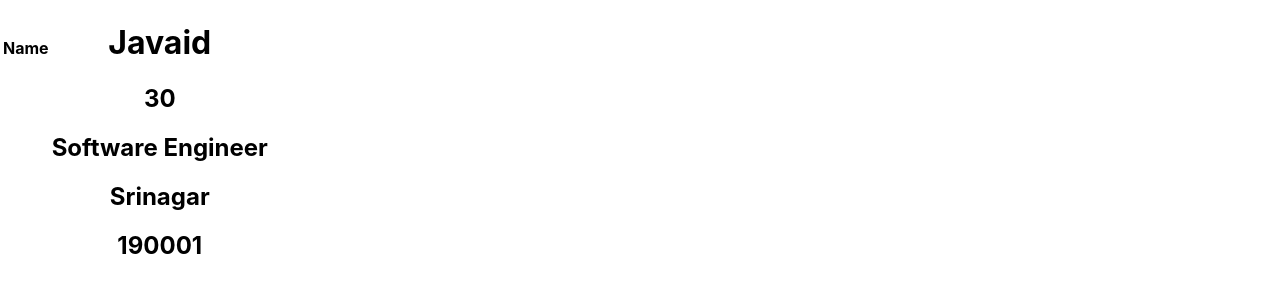
Repository: JavaidAhmadKhan/framer-motion-reacr
Page: /
An editor plug-in stored every save of this project. The page is shown before and after the next save, followed by the edit.
The browser window is 1280 px wide. The pictures show the whole page.
The project was rebuilt for these pictures with package versions that can differ from the ones it lists, and the page was loaded fresh each time.

Above is the page before, as saved 2022-05-19 17:27:53.

After the next save:
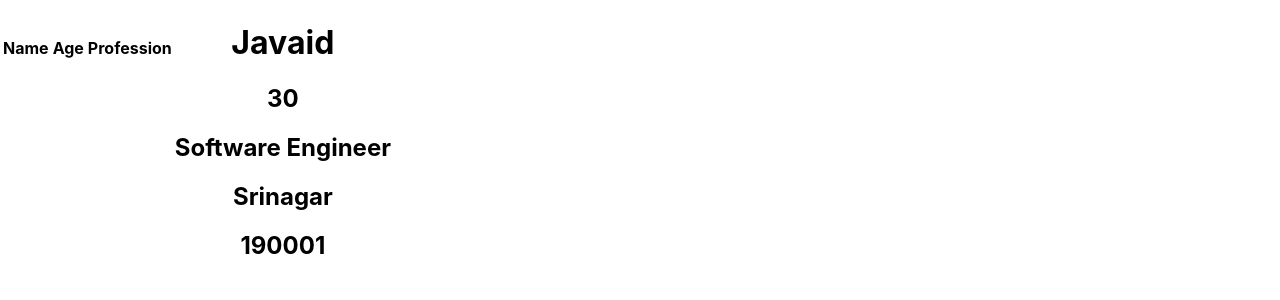
Saved 22 s later.
--- a/src/App.js
+++ b/src/App.js
@@ -23,6 +23,8 @@ class App extends Component {
       <div className="App">
         <table>
           <th>Name</th>
+          <th>Age</th>
+          <th>Profession</th>
           <h1>{this.state.name}</h1>
           <h2>{this.state.age}</h2>
           <h2>{this.state.profession}</h2>
